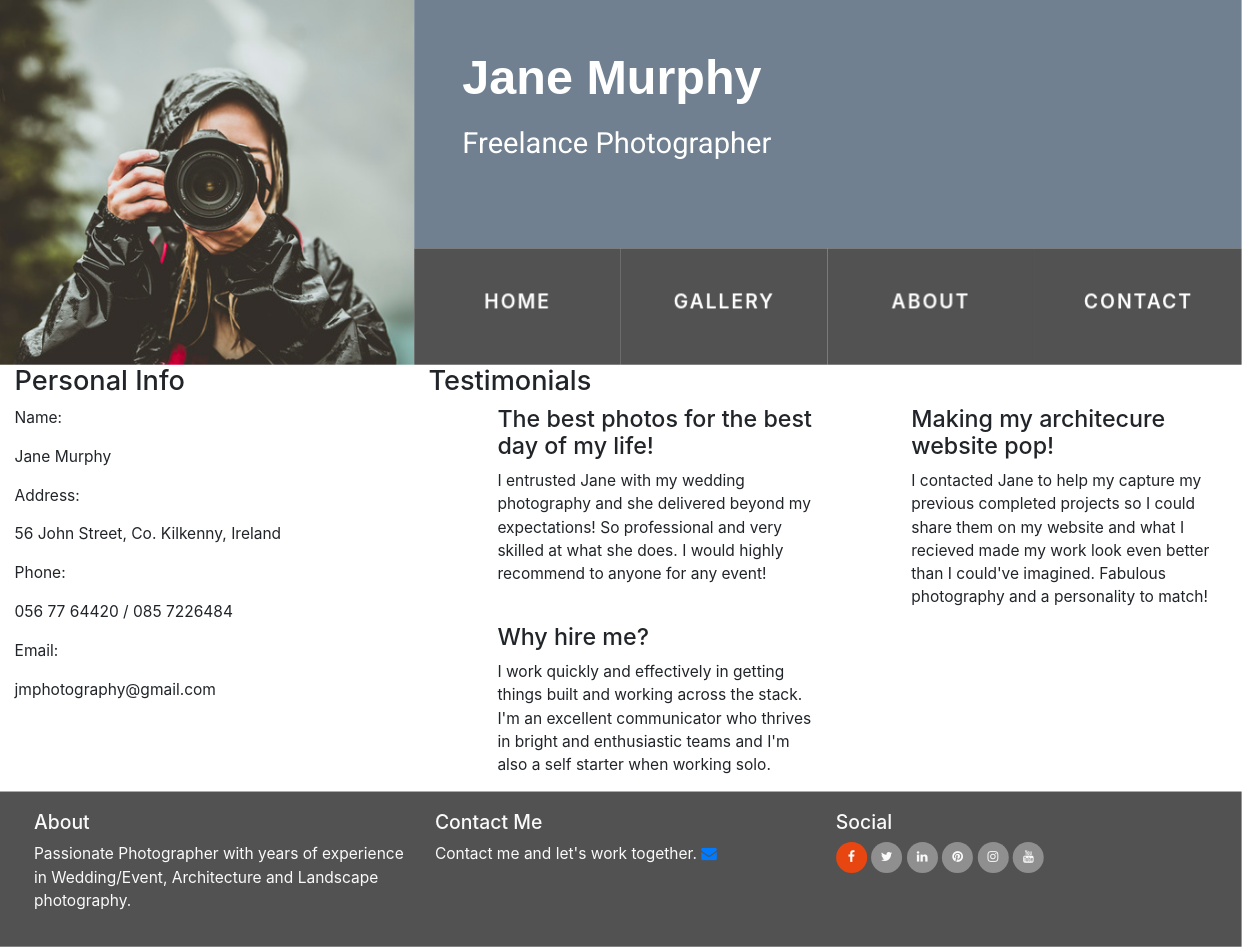
Repository: Code-Institute-Submissions/MrChrisRandall-milestone-1
Page: index.html
The author's editor kept a record of every edit. The page is drawn from the files as they stood at one moment, then again after the next edit.
The browser window is 1280 px wide. The pictures show the whole page, at 97% of full size.
The pointer rests on the first visible `.social-links li a i`.

Above is the page before.

After the next edit:
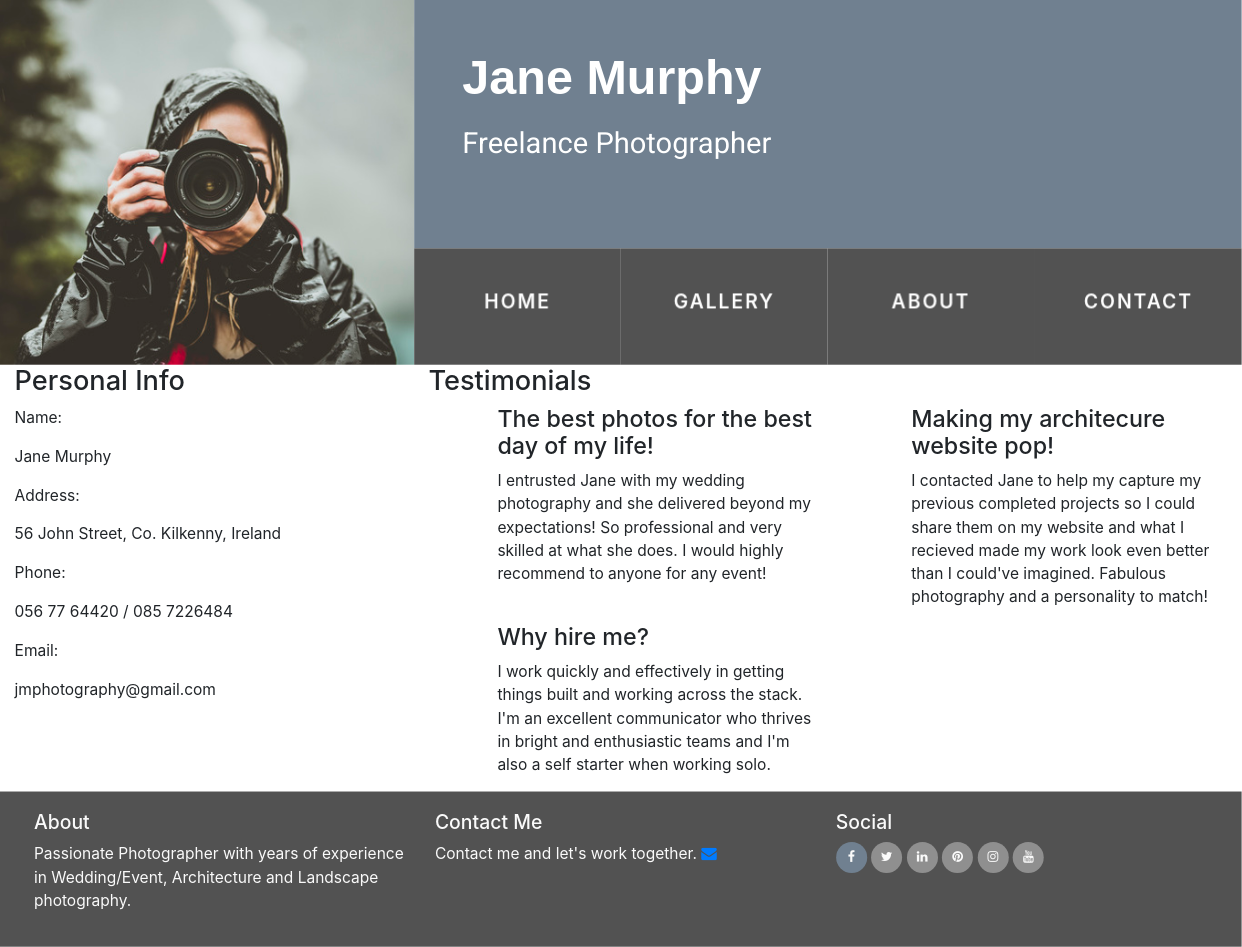
The edit:
--- a/assets/css/style.css
+++ b/assets/css/style.css
@@ -147,7 +147,7 @@
 }
 
 .social-links li a i:hover {
-    background: #e84610;
+    background: #708090;
 }
 
 #footer-details {
